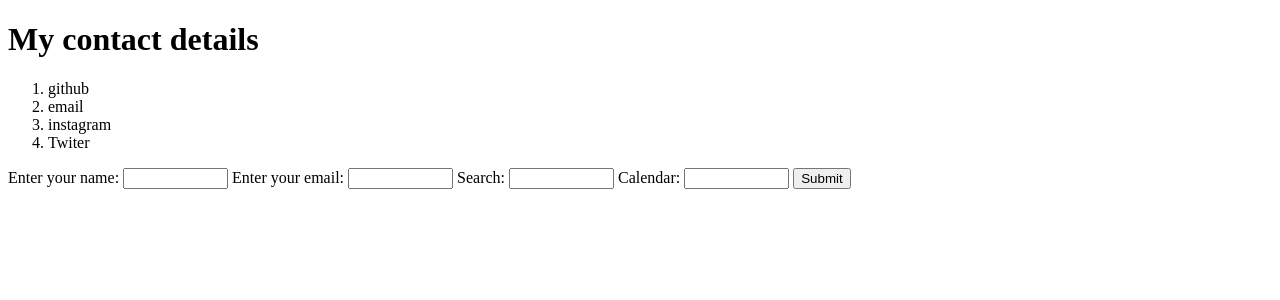
Repository: ew-code/Web-Development
Page: HTML - Personal Site/contact.html
These files come from the project's save history. The page is drawn as it stood at one moment and after the next save; the edit follows.
The browser window is 1280 px wide. The pictures show the whole page.

Above is the page before, as saved 2021-01-04 22:59:31.

After the next save:
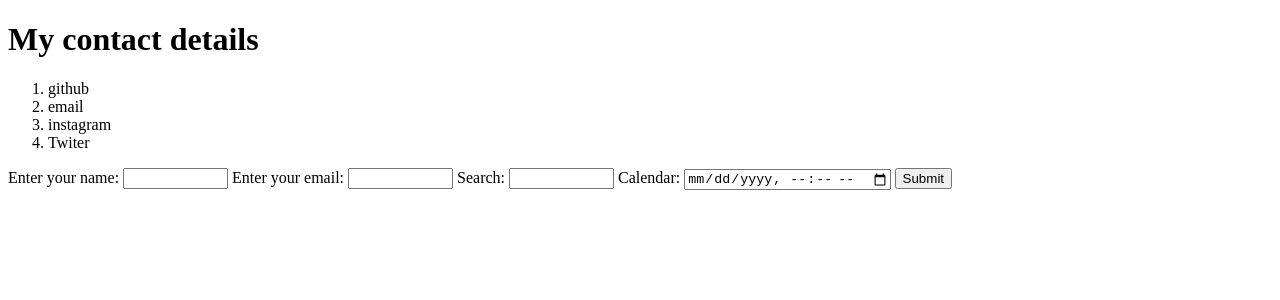
Saved 20 s later.
--- a/HTML - Personal Site/contact.html
+++ b/HTML - Personal Site/contact.html
@@ -25,7 +25,7 @@
     <label for="Search">Search:</label>
     <input type="text" name="search" id="search" required minlength="4" maxlength="50" size="10">
     <label for="Search">Calendar:</label>
-    <input type="text" name="Calendar" id="search" required minlength="4" maxlength="50" size="10">
+    <input type="datetime-local" name="Calendar" id="search" required minlength="4" maxlength="50" size="10">
     <input type="submit">
   </form>
 
